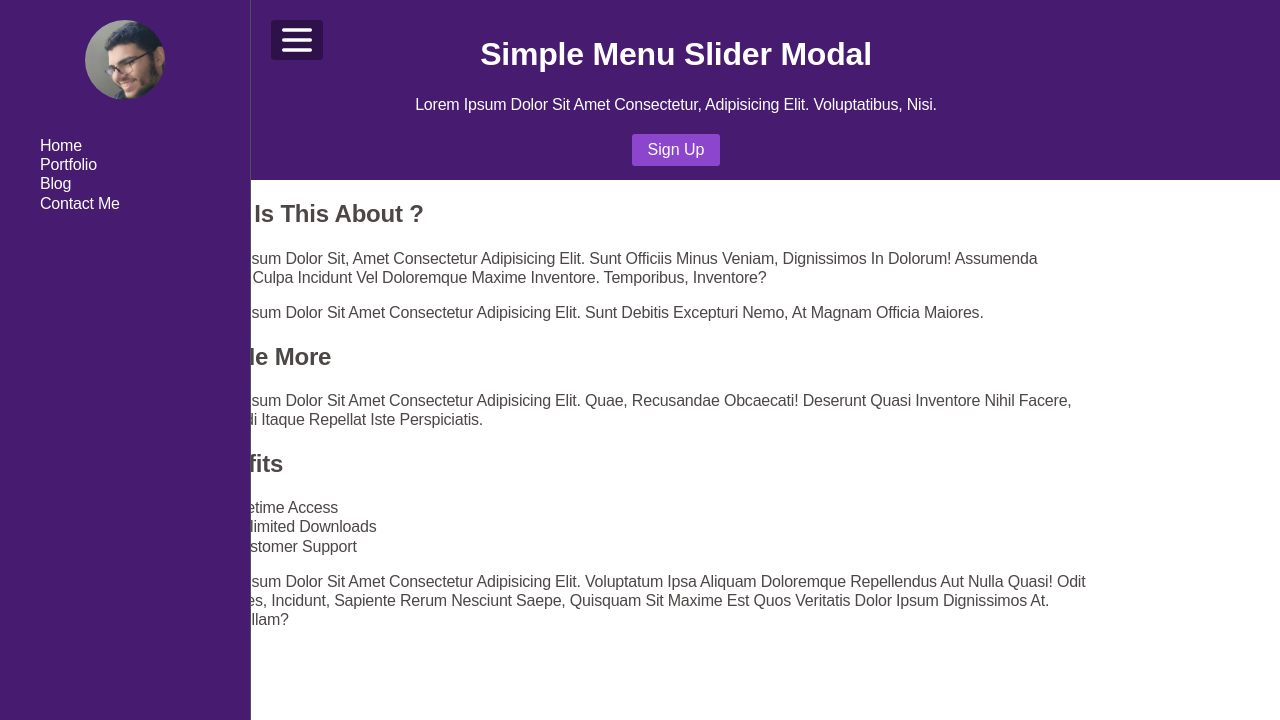
Repository: lilo750/Menu-Slider-modal
Page: index.html
The author's editor kept a copy of each file at every save. The page is drawn from the files as they stood at one save, then again after the next save.
The browser window is 1280 px wide. The pictures show the whole page.

Above is the page before, as saved 2024-01-17 10:15:49.

### index.html
<!DOCTYPE html>
<html lang="en">
    <head>
        <meta charset="UTF-8" />
        <meta name="viewport" content="width=device-width, initial-scale=1.0" />
        <title>menu-slider-modal</title>
        <script defer src="assets/logic.js"></script>
        <link rel="stylesheet" href="assets/style.css" />
    </head>
    <body>
        <div class="left-menu">
            <aside>
                <div id="profile-img">
                    <img
                        src="assets/visuals/profile-img.jpg"
                        alt="profile image"
                    />
                </div>
                <ul>
                    <li>home</li>
                    <li>portfolio</li>
                    <li>blog</li>
                    <li>contact me</li>
                </ul>
            </aside>

            <button id="burger-btn">
                <img
                    src="assets/visuals/burger-menu-svgrepo-com.svg"
                    alt="burger icon"
                />
            </button>
        </div>
        <div class="container">
            <header>
                <div class="heading">
                    <h1>Simple Menu slider Modal</h1>
                    <p>
                        Lorem ipsum dolor sit amet consectetur, adipisicing
                        elit. Voluptatibus, nisi.
                    </p>
                    <button id="signUp-btn">Sign Up</button>
                </div>
            </header>

            <main>
                <h2>what is this about ?</h2>
                <p>
                    Lorem ipsum dolor sit, amet consectetur adipisicing elit.
                    Sunt officiis minus veniam, dignissimos in dolorum!
                    Assumenda aperiam culpa incidunt vel doloremque maxime
                    inventore. Temporibus, inventore?
                </p>
                <p>
                    Lorem ipsum dolor sit amet consectetur adipisicing elit.
                    Sunt debitis excepturi nemo, at magnam officia maiores.
                </p>
                <h2>tell me more</h2>
                <p>
                    Lorem ipsum dolor sit amet consectetur adipisicing elit.
                    Quae, recusandae obcaecati! Deserunt quasi inventore nihil
                    facere, commodi itaque repellat iste perspiciatis.
                </p>
                <h2>benefits</h2>
                <ul>
                    <li>lifetime access</li>
                    <li>unlimited downloads</li>
                    <li>customer support</li>
                </ul>
                <p>
                    Lorem ipsum dolor sit amet consectetur adipisicing elit.
                    Voluptatum ipsa aliquam doloremque repellendus aut nulla
                    quasi! Odit voluptates, incidunt, sapiente rerum nesciunt
                    saepe, quisquam sit maxime est quos veritatis dolor ipsum
                    dignissimos at. Minus, ullam?
                </p>
            </main>
        </div>
        <!-- ./container -->

        <div class="modal">
            <header>
                <span>Sign Up</span>
                <button id="close-btn">
                    <img
                        src="assets/visuals/close-icon.svg"
                        alt="burger icon"
                    />
                </button>
            </header>
            <form>
                <p>Register with us to get offers. support and more</p>
                <div class="form-control">
                    <label for="name">Name</label>
                    <input id="name" type="text" required />
                </div>
                <div class="form-control">
                    <label for="mail">Email</label>
                    <input id="mail" type="email" required />
                </div>
                <div class="form-control">
                    <label for="pass">Password</label>
                    <input id="pass" type="password" required />
                </div>
                <div class="form-control">
                    <label for="cpass">Confirm Password</label>
                    <input id="cpass" type="password" required />
                </div>

                <button id="submit-btn" type="submit">submit</button>
            </form>
        </div>
    </body>
</html>

### assets/logic.js
const signUpBtn = document.getElementById('signUp-btn');
const closeBtn = document.getElementById('close-btn');
const modal = document.querySelector('.modal');
const container = document.querySelector('.container');

const openModalHandler = (event) => {
    event.stopPropagation(); // Stop the event from propagating to the container
    modal.style.pointerEvents = 'auto';
    modal.style.visibility = 'visible';
    modal.style.opacity = '1';
};

const closeModalHandler = () => {
    modal.style.pointerEvents = 'none';
    modal.style.visibility = 'hidden';
    modal.style.opacity = '0';
};

const modalOverlayHandler = () => {
    if (modal.style.visibility === 'visible') {
        closeModalHandler();
    }
};

container.addEventListener('click', modalOverlayHandler);
signUpBtn.addEventListener('click', openModalHandler);
closeBtn.addEventListener('click', closeModalHandler);

### assets/style.css
html {
    font-family: sans-serif;
    letter-spacing: -0.2px;
    color: #4d4646;
}

body {
    height: 100vh;
    margin: 0;
    padding: 0;
    text-transform: capitalize;
    line-height: 1.2;
}

.left-menu {
    position: absolute;
    display: flex;

    & aside {
        height: 100vh;
        background-color: rgb(71, 27, 111);
        width: 250px;
        border-right: 0.1px solid #535151;

        #profile-img {
            display: flex;
            align-items: center;
            justify-content: center;
            padding-block: 20px;

            & img {
                width: 80px;
                height: 80px;
                border-radius: 50%;
            }
        }

        & ul {
            list-style: none;

            & li {
                color: #fff;
                font-weight: 500;
            }
        }
    }

    #burger-btn {
        display: flex;
        align-items: center;
        justify-content: center;
        height: 40px;
        background-color: rgb(46, 17, 72);
        border: none;
        cursor: pointer;
        position: relative;
        left: 20px;
        top: 20px;
        border-radius: 4px;
    }
}

.container {
    display: flex;
    flex-direction: column;

    & header {
        background-color: rgb(71, 27, 111);
        color: #fff;
        text-align: center;
        padding: 14px 8px;
        padding-left: 80px;

        #signUp-btn {
            background-color: rgb(140, 70, 206);
            color: inherit;
            border: 0;
            outline: 2px;
            padding: 7px 16px;
            border-radius: 3px;
            cursor: pointer;
            font-size: 16px;
        }

        & p {
            margin-bottom: 20px;
        }
    }

    & main {
        max-width: 900px;
        align-self: center;
        padding-inline: 20px;
    }
}

.modal {
    visibility: hidden;
    pointer-events: none;
    width: 370px;
    background-color: #fff;
    border-radius: 3px;
    box-shadow: 1px 3px 17px 8px #bab4b4;
    position: absolute;
    left: 50%;
    top: 41%;
    transform: translate(-50%, -50%);
    transition: opacity 0.3s ease-in-out;

    & header {
        background-color: rgb(94, 36, 147);
        display: flex;
        justify-content: space-between;
        align-items: center;
        padding: 8px;
        margin-bottom: 32px;

        & span {
            color: #fff;
            font-weight: 600;
            font-size: 16px;
        }

        #close-btn {
            background-color: transparent;
            border: none;
            cursor: pointer;
            color: #fff;
        }
    }

    & form {
        padding-bottom: 18px;

        & p {
            font-size: 15px;
            font-weight: 600;
        }

        padding-inline: 18px;

        .form-control {
            display: flex;
            flex-direction: column;
            row-gap: 8px;
            margin-bottom: 12px;

            & input {
                padding: 8px;
                border: 1px solid #bab4b4;
                outline: none;
            }
        }

        #submit-btn {
            background-color: rgb(140, 70, 206);
            color: #fff;
            border: 0;
            outline: 2px;
            padding: 7px 16px;
            border-radius: 4px;
            cursor: pointer;
            font-size: 16px;
        }
    }
}

### assets/visuals/burger-menu-svgrepo-com.svg
<?xml version="1.0" encoding="utf-8"?><!-- Uploaded to: SVG Repo, www.svgrepo.com, Generator: SVG Repo Mixer Tools -->
<svg width="40px" height="40px" viewBox="0 0 24 24" fill="none" xmlns="http://www.w3.org/2000/svg">
<path d="M4 18L20 18" stroke="#ffff" stroke-width="2" stroke-linecap="round"/>
<path d="M4 12L20 12" stroke="#ffff" stroke-width="2" stroke-linecap="round"/>
<path d="M4 6L20 6" stroke="#ffff" stroke-width="2" stroke-linecap="round"/>
</svg>

### assets/visuals/close-icon.svg
<?xml version="1.0"?><svg xmlns="http://www.w3.org/2000/svg" viewBox="0 0 30 30" width="22px" height="22px">    <path d="M 7 4 C 6.744125 4 6.4879687 4.0974687 6.2929688 4.2929688 L 4.2929688 6.2929688 C 3.9019687 6.6839688 3.9019687 7.3170313 4.2929688 7.7070312 L 11.585938 15 L 4.2929688 22.292969 C 3.9019687 22.683969 3.9019687 23.317031 4.2929688 23.707031 L 6.2929688 25.707031 C 6.6839688 26.098031 7.3170313 26.098031 7.7070312 25.707031 L 15 18.414062 L 22.292969 25.707031 C 22.682969 26.098031 23.317031 26.098031 23.707031 25.707031 L 25.707031 23.707031 C 26.098031 23.316031 26.098031 22.682969 25.707031 22.292969 L 18.414062 15 L 25.707031 7.7070312 C 26.098031 7.3170312 26.098031 6.6829688 25.707031 6.2929688 L 23.707031 4.2929688 C 23.316031 3.9019687 22.682969 3.9019687 22.292969 4.2929688 L 15 11.585938 L 7.7070312 4.2929688 C 7.5115312 4.0974687 7.255875 4 7 4 z"/></svg>

After the next save:
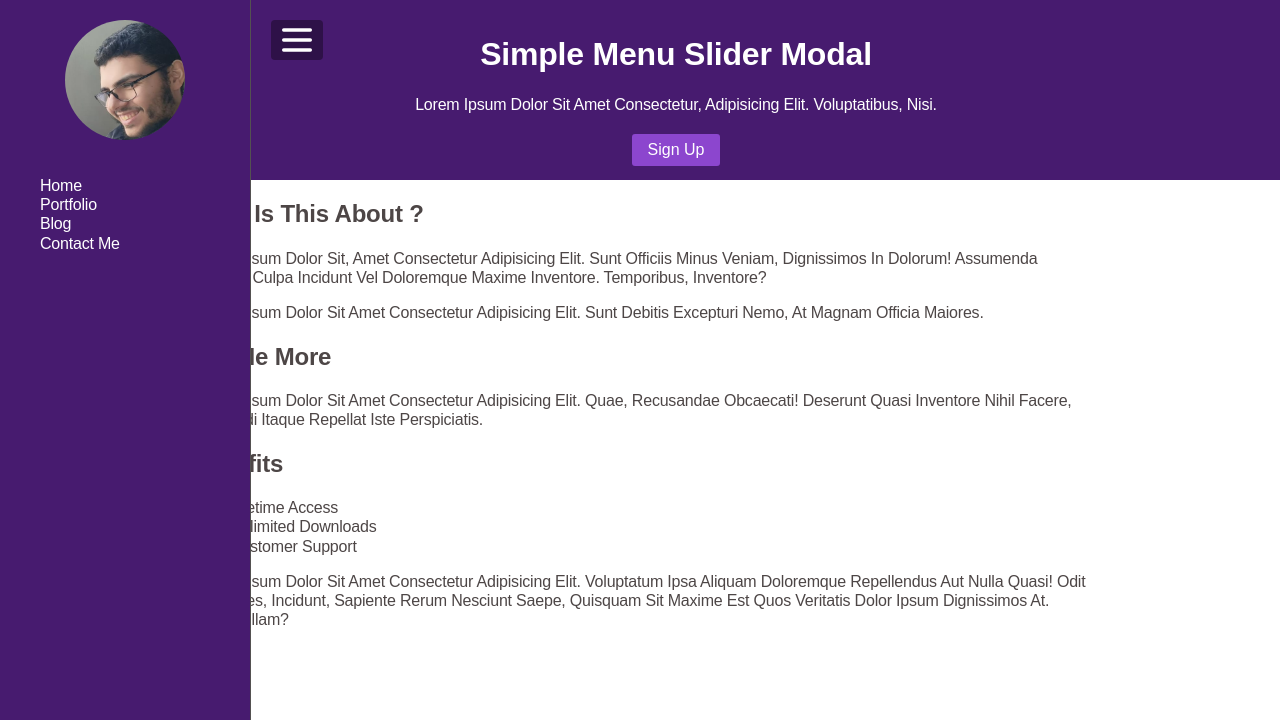
Saved 6 s later.
--- a/assets/style.css
+++ b/assets/style.css
@@ -29,8 +29,8 @@ body {
             padding-block: 20px;
 
             & img {
-                width: 80px;
-                height: 80px;
+                width: 120px;
+                height: 120px;
                 border-radius: 50%;
             }
         }
